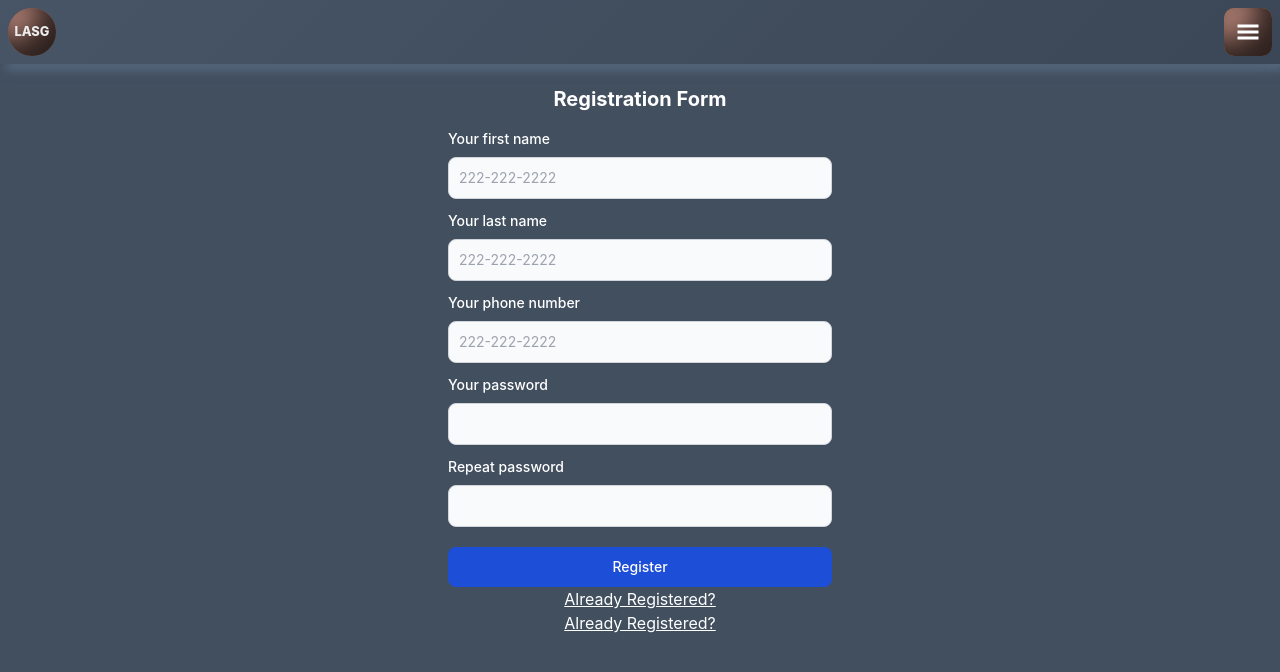
Repository: ShindanoSingi/LA-Swahili-Group
Page: /register (app in client/)
The author's editor kept a copy of each file at every save. The page is drawn from the files as they stood at one save, then again after the next save.
The browser window is 1280 px wide. The pictures show the whole page.
The project was rebuilt for these pictures with package versions that can differ from the ones it lists, and the page was loaded fresh each time. Also part of the build but not shown: client/src/pages/error/Error.css, client/src/pages/error/Error.js, client/src/pages/home/Home.js, client/src/pages/about/About.js, client/src/pages/contact/Contact.js, client/src/pages/login/Login.js, client/src/pages/userDashBoard/UserDashBoard.js, client/src/pages/superUsersDashBoard/SuperUsersDashBoard.js.

Above is the page before, as saved 2024-02-11 15:22:47.

### client/src/index.js
import React from 'react';
import ReactDOM from 'react-dom/client';
import './index.css';
import App from './App';
import reportWebVitals from './reportWebVitals';
import { Provider } from "react-redux";
import store from './redux/store';
import { BrowserRouter } from 'react-router-dom';


const root = ReactDOM.createRoot(document.getElementById('root'));
root.render(
  <Provider store={store}>
    <BrowserRouter>
    <App />
    </BrowserRouter>
  </Provider>
);

// If you want to start measuring performance in your app, pass a function
// to log results (for example: reportWebVitals(console.log))
// or send to an analytics endpoint. Learn more: https://bit.ly/CRA-vitals
reportWebVitals();

### client/src/index.css
@tailwind base;
@tailwind components;
@tailwind utilities;

:root{
  --primary: #424F5F;
  --secondary: #F3F3F3;
  --tertiary: #F4A261;
  --quaternary: #2A9D8F;
  --quinary: #E9C46A;

}

body {
  margin: 0;
  font-family: -apple-system, BlinkMacSystemFont, 'Segoe UI', 'Roboto', 'Oxygen',
    'Ubuntu', 'Cantarell', 'Fira Sans', 'Droid Sans', 'Helvetica Neue',
    sans-serif;
  -webkit-font-smoothing: antialiased;
  -moz-osx-font-smoothing: grayscale;
}

.container{
  max-height: 100vh;
  background-color: var(--primary);
}

.container {
  display: flex;
  justify-content: center;
  align-items: center;
  height: 100vh;
}

.logo{
  height: 100dvh;
}

### client/src/App.js
import Header from "./components/header/Header";
import Error from "./pages/error/Error";
import Home from "./pages/home/Home";
import { Routes, Route, useNavigate } from "react-router-dom";
import About from "./pages/about/About";
import Contact from "./pages/contact/Contact";
import Login from "./pages/login/Login";
import UserDashBoard from "./pages/userDashBoard/UserDashBoard";
import SuperUsersDashBoard from "./pages/superUsersDashBoard/SuperUsersDashBoard";
import { useEffect } from "react";
import Register from "./pages/register/Register";


function App() {

      const navigate = useNavigate()

      const user = 'superusers';

      useEffect(() => {
            if (user === 'superuser') {
                  navigate('/superuser')
            }
      })

      return (
            <>
                  <Header />
                  <Routes>
                        <Route path="/" element={<Home />} />
                        <Route path="/about" element={<About />} />
                        <Route path="/contact" element={<Contact />} />
                        <Route path="/login" element={<Login />} />
                        <Route path="/register" element={<Register/>} />
                        <Route path="/user" element={<UserDashBoard/>} />
                        <Route path="/superuser" element={<SuperUsersDashBoard/>} />
                        <Route path="/admin" element={<adminDashBoard/>} />
                        <Route
                              path="/:rest*"
                              element={
                                    <h1>
                                          <Error />
                                    </h1>
                              }
                        />
                  </Routes>
            </>
      );
}

export default App;

### client/src/redux/store.js
import { configureStore } from "@reduxjs/toolkit";

import userReducer from "./userSlice";

const store = configureStore({
    reducer: {
        userReducer,
    },
});

export default store;

### client/src/components/header/Header.js
import React, { useState } from "react";
import "./Header.css";
import { GiHamburgerMenu } from "react-icons/gi";
import { Link } from "react-router-dom";

function Header() {
      const [show, setShow] = useState(false);

      return (
            <div className="header fixed top-0 w-full flex items-center justify-between p-2">
                  <div className="w-12 h-12 rounded-full text-[0.8rem] logo-button flex font-extrabold text-[#EBEBEB] justify-center items-center">
                        LASG
                  </div>
                  <div className="hambourger h-12 w-12 flex items-center justify-center">
                        <GiHamburgerMenu
                              className="text-[#FFFFFF] text-2xl"
                              onClick={() => setShow(!show)}
                        />
                  </div>
                  {show && (
                        <ul className="flex flex-col items-center p-2 top-[4.2rem] right-2 menu text-[#FFFFFF] absolute">
                              <Link to="/" onClick={() => setShow(!show)}>
                                    <li className="menu-item">Home</li>
                              </Link>
                              <Link to="/about" onClick={() => setShow(!show)}>
                                    <li className="menu-item">About</li>
                              </Link>
                              <Link
                                    to="/contact"
                                    onClick={() => setShow(!show)}
                              >
                                    <li className="menu-item">Contact</li>
                              </Link>
                              <Link to="/login">
                                    <li className="menu-item">Login</li>
                              </Link>
                        </ul>
                  )}
            </div>
      );
}

export default Header;

### client/src/pages/register/Register.js
import React, { useState } from "react";

function Register() {
      return (
            <div className="container">
                  <div className="w-[80%]">
                        <h1 className="text-xl font-bold text-center mb-4 text-white dark:text-white">
                              Registration Form
                        </h1>
                        <form className="max-w-sm mx-auto">
                              <div className="mb-3">
                                    <label
                                          for="email"
                                          className="block mb-2 text-sm font-medium text-white dark:text-white"
                                    >
                                          Your first name
                                    </label>
                                    <input
                                          type="name"
                                          id="phone"
                                          className="shadow-sm bg-gray-50 border border-gray-300 text-gray-900 text-sm rounded-lg focus:ring-blue-500 focus:border-blue-500 block w-full p-2.5 dark:bg-gray-700 dark:border-gray-600 dark:placeholder-gray-400 dark:text-white dark:focus:ring-blue-500 dark:focus:border-blue-500 dark:shadow-sm-light"
                                          placeholder="222-222-2222"
                                          required
                                    />
                              </div>
                              <div className="mb-3">
                                    <label
                                          for="email"
                                          className="block mb-2 text-sm font-medium text-white dark:text-white"
                                    >
                                          Your last name
                                    </label>
                                    <input
                                          type="name"
                                          id="phone"
                                          className="shadow-sm bg-gray-50 border border-gray-300 text-gray-900 text-sm rounded-lg focus:ring-blue-500 focus:border-blue-500 block w-full p-2.5 dark:bg-gray-700 dark:border-gray-600 dark:placeholder-gray-400 dark:text-white dark:focus:ring-blue-500 dark:focus:border-blue-500 dark:shadow-sm-light"
                                          placeholder="222-222-2222"
                                          required
                                    />
                              </div>
                              <div className="mb-3">
                                    <label
                                          for="email"
                                          className="block mb-2 text-sm font-medium text-white dark:text-white"
                                    >
                                          Your phone number
                                    </label>
                                    <input
                                          type="phone"
                                          id="phone"
                                          className="shadow-sm bg-gray-50 border border-gray-300 text-gray-900 text-sm rounded-lg focus:ring-blue-500 focus:border-blue-500 block w-full p-2.5 dark:bg-gray-700 dark:border-gray-600 dark:placeholder-gray-400 dark:text-white dark:focus:ring-blue-500 dark:focus:border-blue-500 dark:shadow-sm-light"
                                          placeholder="222-222-2222"
                                          required
                                    />
                              </div>
                              <div className="mb-3">
                                    <label
                                          for="password"
                                          className="block mb-2 text-sm font-medium text-white dark:text-white"
                                    >
                                          Your password
                                    </label>
                                    <input
                                          type="password"
                                          id="password"
                                          className="shadow-sm bg-gray-50 border border-gray-300 text-gray-900 text-sm rounded-lg focus:ring-blue-500 focus:border-blue-500 block w-full p-2.5 dark:bg-gray-700 dark:border-gray-600 dark:placeholder-gray-400 dark:text-white dark:focus:ring-blue-500 dark:focus:border-blue-500 dark:shadow-sm-light"
                                          required
                                    />
                              </div>

                              <div className="mb-3">
                                    <label
                                          for="repeat-password"
                                          className="block mb-2 text-sm font-medium text-white dark:text-white"
                                    >
                                          Repeat password
                                    </label>
                                    <input
                                          type="password"
                                          id="repeat-password"
                                          className="shadow-sm bg-gray-50 border border-gray-300 text-gray-900 text-sm rounded-lg focus:ring-blue-500 focus:border-blue-500 block w-full p-2.5 dark:bg-gray-700 dark:border-gray-600 dark:placeholder-gray-400 dark:text-white dark:focus:ring-blue-500 dark:focus:border-blue-500 dark:shadow-sm-light"
                                          required
                                    />
                              </div>
                              <div>
                                    <button
                                          type="submit"
                                          className="text-white mt-2 w-full bg-blue-700 hover:bg-blue-800 focus:ring-4 focus:outline-none focus:ring-blue-300 font-medium rounded-lg text-sm px-5 py-2.5 text-center dark:bg-blue-600 dark:hover:bg-blue-700 dark:focus:ring-blue-800"
                                    >
                                          Register
                                    </button>
                                    <div>
                                          <p className="text-white text-center underline">
                                                Already Registered?
                                          </p>
                                          <p className="text-white text-center underline">
                                                Already Registered?
                                          </p>
                                    </div>
                              </div>
                        </form>
                  </div>
            </div>
      );
}

export default Register;

### client/src/redux/userSlice.js
import {createSlice} from '@reduxjs/toolkit';

const userSlice = createSlice({
    name: 'user',
    initialState: {
        user: null,
    },
    reducers: {
        setUser: (state, action) => {
            state.user = action.payload;
        },
    },
});

export const {setUser} = userSlice.actions;
export default userSlice.reducer;

### client/src/components/header/Header.css
.header {
    border-radius: 0px;
background: linear-gradient(315deg, #3b4756, #475566);
box-shadow:  -5px -5px 10px #262e37,
             5px 5px 10px #5e7087;
}

.logo-button {
    border-radius: 50%;
    background: #6E5049;
    box-shadow: inset -14px -14px 27px #2d211e, inset 14px 14px 27px #af7f74;
}

.hambourger {
    border-radius: 10px;
    background: #6E5049;
    box-shadow: inset -14px -14px 27px #2d211e, inset 14px 14px 27px #af7f74;
}

.menu {
    border-radius: 9px;
    background: #3E5F75;
    box-shadow: inset -5px -5px 10px #38556c, inset 5px 5px 10px #5885a8;
    padding: 0.5rem;
}

.menu-item{
    border-radius: 7px;
background: #486D8A;
box-shadow: inset -15px -15px 13px #2a3f50,
            inset 15px 15px 13px #669bc4;
            width: 5rem;
            text-align: center;
            margin: 0.2rem;
            padding: 0.2rem 0.5rem;
}

Loaded but not shown: client/public/index.html (common file); client/src/reportWebVitals.js (common file); client/tailwind.config.js (common file)

After the next save:
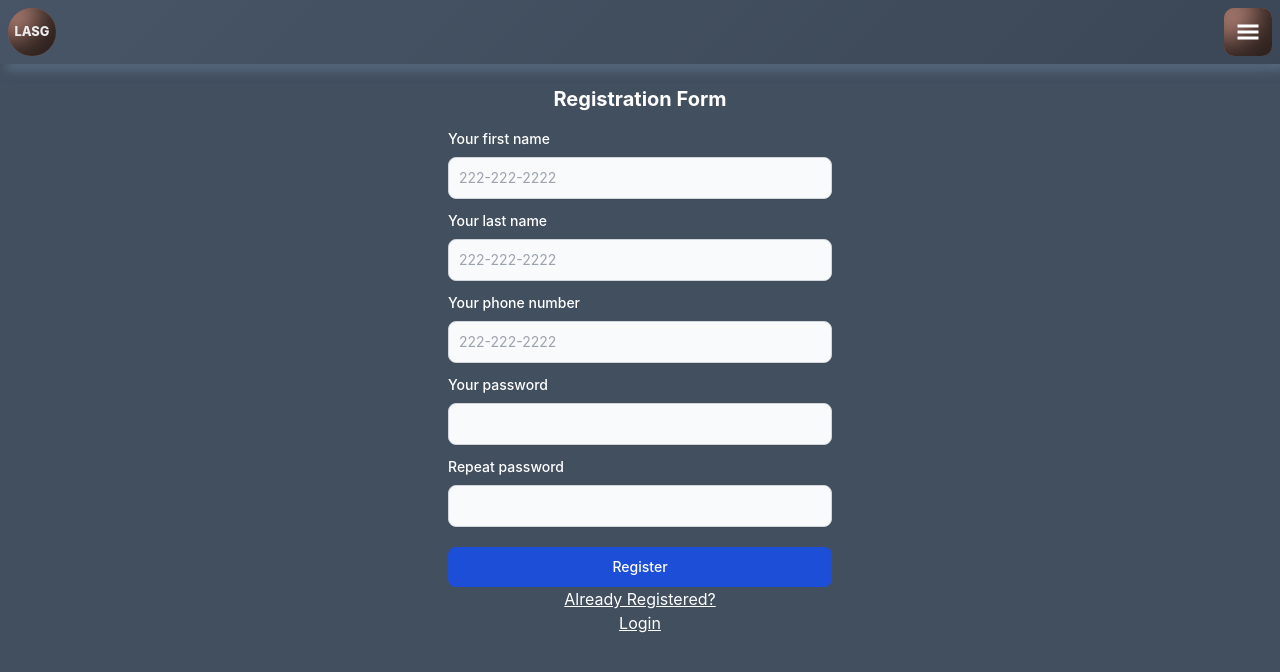
Saved 17 s later.
--- a/client/src/pages/register/Register.js
+++ b/client/src/pages/register/Register.js
@@ -94,7 +94,7 @@ function Register() {
                                                 Already Registered?
                                           </p>
                                           <p className="text-white text-center underline">
-                                                Already Registered?
+                                                Login
                                           </p>
                                     </div>
                               </div>
